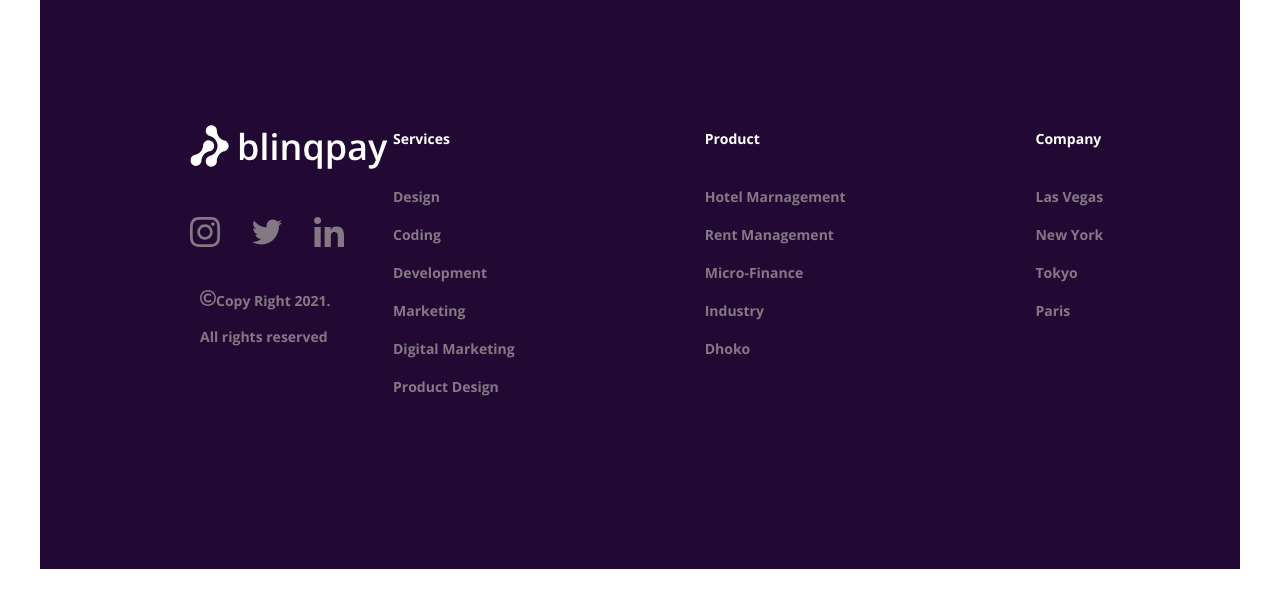
Repository: jabbarbergenoov/mobile-bling-py
Page: idnex.html
The author's editor kept a copy of each file at every save. The page is drawn from the files as they stood at one save, then again after the next save.
The browser window is 1280 px wide. The pictures show the whole page.

Above is the page before, as saved 2025-04-17 19:10:04.

### idnex.html
<!DOCTYPE html>
<html lang="en">
<head>
    <meta charset="UTF-8">
    <meta name="viewport" content="width=device-width, initial-scale=1.0">
    <title>Document</title>
    <link rel="stylesheet" href="./style/styl.css">
</head>
<body>
    <header class="arslan">

    </header>
    <main>
        <section class="chingiz"></section>
        <section class="ulugbek"></section>
        <section class="bekzad"></section>
        <section class="maftuna"></section>
        <section class="aydos"></section>
    </main>
    <footer class="behruz">
        <div class="container">
            <div class="footer">
                <div class="boxa">
                  <img src="./images/Logo.svg" alt="" class="iimg">
                  <div class="df">
                  <img src="./images/insta.svg" alt="" class="insta">
                  <img src="./images/twiter.svg" alt="" class="twiter">
                  <img src="./images/in.svg" alt="" class="in">
                  </div>
                  <div class="gh">

                  <p class="ssd"><img src="./images/c.svg" alt="" class="iimg2">Copy Right 2021. <br><br>All rights reserved</p>
                  </div>
                </div>
                <div class="boxes">
                <div class="boxb">
                  <h2 class="word">Services</h2>
                  <p class="texts">Design</p>
                  <p class="texts">Coding</p>
                  <p class="texts">Development</p>
                  <p class="texts">Marketing</p>
                  <p class="texts">Digital Marketing</p>
                  <p class="texts">Product Design</p>
                </div>
                <div class="boxb">
                  <h2 class="word">Product</h2>
                  <p class="texts">Hotel Marnagement</p>
                  <p class="texts">Rent Management</p>
                  <p class="texts">Micro-Finance</p>
                  <p class="texts">Industry</p>
                  <p class="texts">Dhoko</p>
                </div>
                <div class="boxb">
                  <h2 class="word">Company</h2>
                  <p class="texts">Las Vegas</p>
                  <p class="texts">New York</p>
                  <p class="texts">Tokyo</p>
                  <p class="texts">Paris</p>
                </div>
                </div>
              </div>
            </div>
    </footer>
</body>
</html>

### style/styl.css
@import url(https://fonts.googleapis.com/css?family=Open+Sans:300,regular,500,600,700,800,300italic,italic,500italic,600italic,700italic,800italic);
* {
    margin: 0;
    padding: 0;
    box-sizing: border-box;
}
.container {
    padding: 0 15;
    width: 1200px;
    margin: 0 auto;
}
.footer {
    height: 689px;
    background: rgb(33, 9, 51);
    position: relative;
    bottom: 120px;
    display: flex;
    gap: 5px;
  }
  .iimg {
    padding-top: 242px;
    padding-left: 150px;
  }
  .df {
    display: flex;
    gap: 32px;
    padding-left: 150px;
    padding-top: 42px;
  }
  .gh {
    display: flex;
    gap: 2px;
    padding-left: 160px;
    padding-top: 43px;
  }

  .ssd {
    color: rgb(133, 120, 133);
    font-size: 14px;
    font-weight: 700;
    line-height: 128.6%;
    letter-spacing: 4%;
    font-family: Open Sans;
  }
  .word {
    color: rgb(255, 255, 255);
    font-size: 14px;
    font-weight: 700;
    line-height: 128.6%;
    letter-spacing: 4%;
    text-align: left;
    padding-bottom: 20px;
    font-family: Open Sans;

  }
  .texts {
    color: rgb(133, 120, 133);
    font-family: Open Sans;
    font-size: 14px;
    font-weight: 700;
    line-height: 128.6%;
    padding-top: 20px;
  }
  .boxb{
    padding-top: 250px;
  }
  .boxes{
    display: flex;
    gap: 190px;

  }

After the next save:
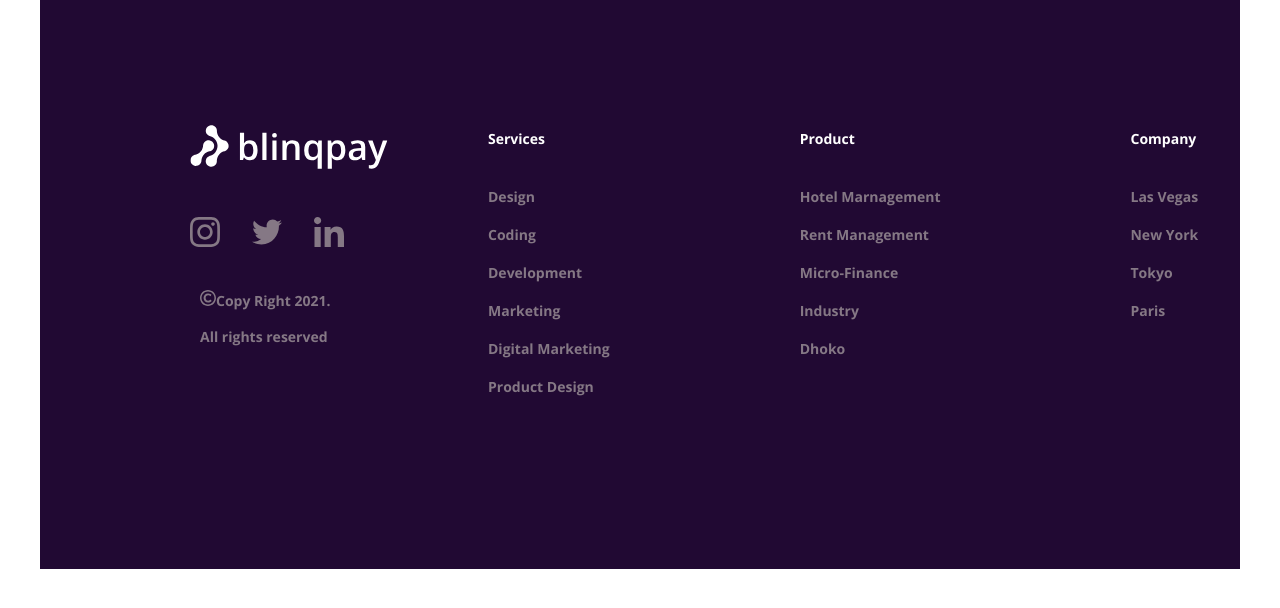
Saved 4 s later.
--- a/style/styl.css
+++ b/style/styl.css
@@ -15,7 +15,7 @@
     position: relative;
     bottom: 120px;
     display: flex;
-    gap: 5px;
+    gap: 100px;
   }
   .iimg {
     padding-top: 242px;
